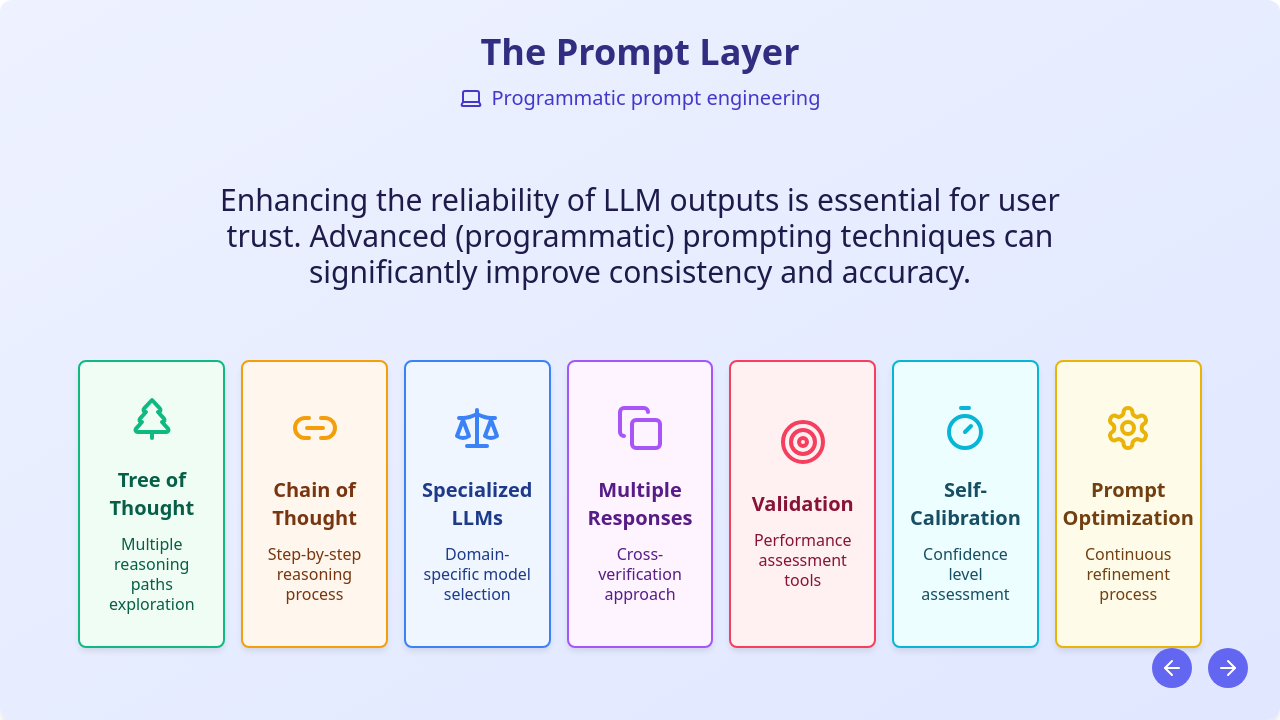
Repository: Galbaz1/dell_presentation
Page: /slide7
The author's editor kept a copy of each file at every save. The page is drawn from the files as they stood at one save, then again after the next save.
The browser window is 1280 px wide. The pictures show the whole page.
The project was rebuilt for these pictures with package versions that can differ from the ones it lists, and the page was loaded fresh each time. The framework's server and built-in components were replaced by stand-ins that run in the browser. Also part of the build but not shown: styles/animations/slide1.css, styles/animations/slide2.css.

Above is the page before, as saved 2024-11-13 13:08:28.

After the next save:
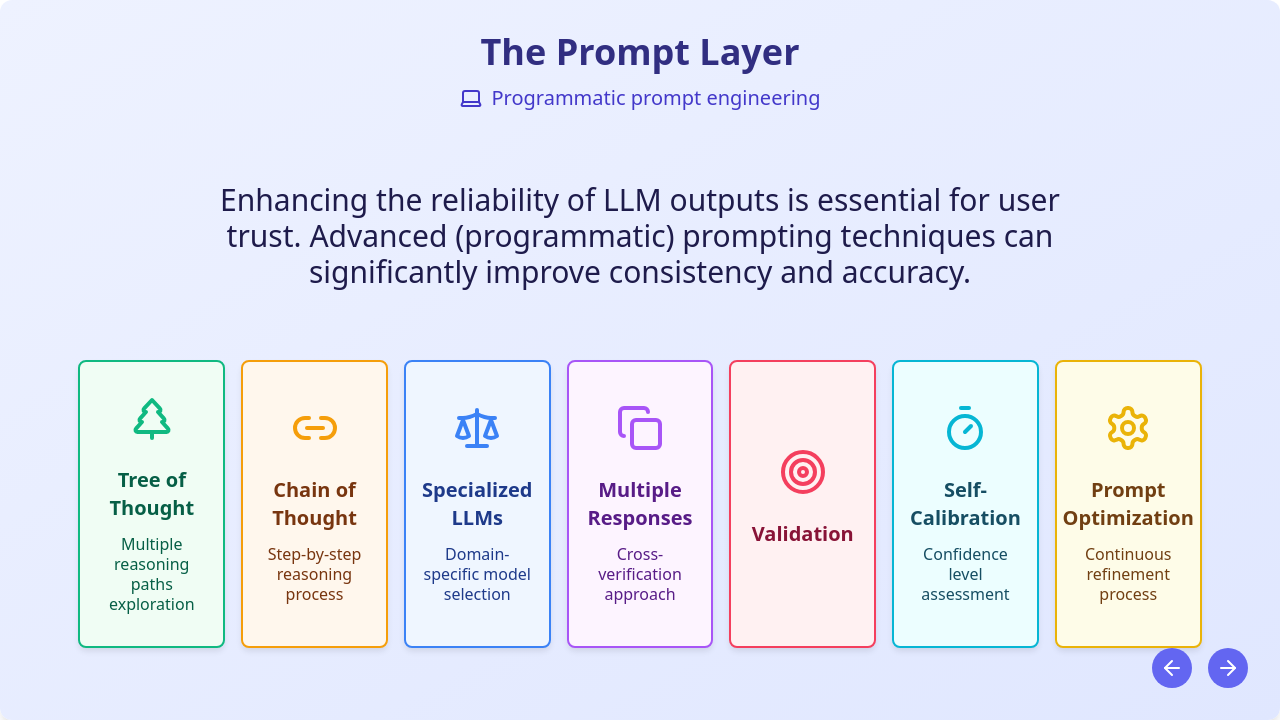
Saved 5 s later.
--- a/pages/slide7.tsx
+++ b/pages/slide7.tsx
@@ -97,7 +97,7 @@ const Slide7: React.FC = () => {
     {
       icon: <Target className="w-8 h-8" />,
       title: "Validation",
-      description: "Performance assessment tools",
+      description: "",
       color: {
         bg: "#fff1f2",
         border: "#f43f5e",
